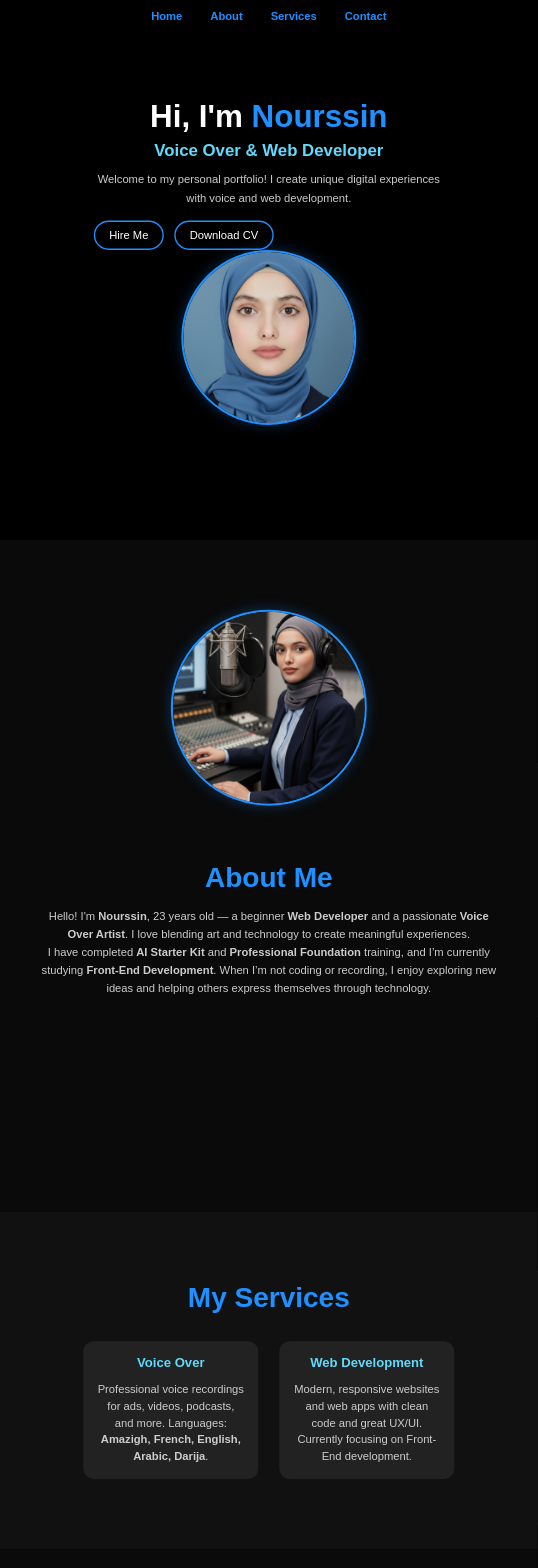
Repository: Abidar-Noura/portfolio
Page: index.html
The author's editor kept a copy of each file at every save. The page is drawn from the files as they stood at one save, then again after the next save.
The browser window is 768 px wide. The pictures show the part of the page from y = 0 to 2240 px (the page is 2700 px tall before and 2683 px after), at 70% of full size.

Above is the page before, as saved 2025-11-02 12:32:01.

After the next save:
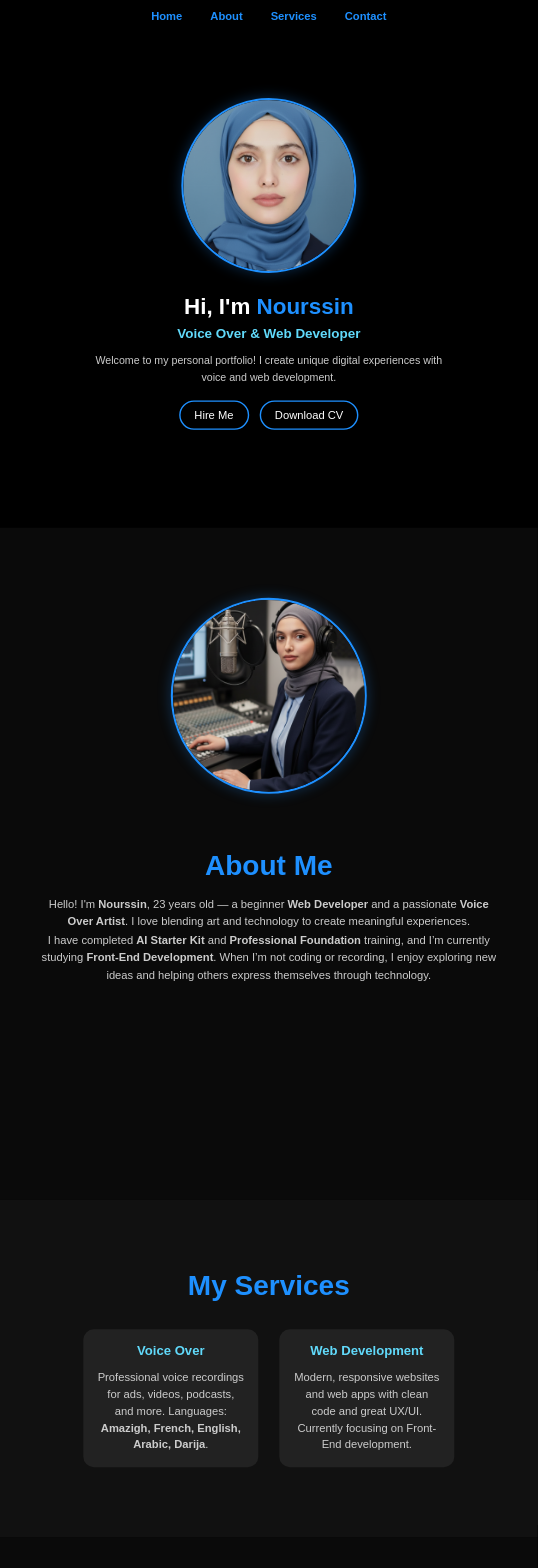
Saved 10 min 21 s later.
--- a/style.css
+++ b/style.css
@@ -276,3 +276,43 @@ header nav ul li a:hover {
     margin-bottom: 20px;
   }
 }
+/* ===== Responsive (phones & tablets) ===== */
+@media (max-width: 900px) {
+  /* نخلي العناصر فوق بعضها */
+  .home {
+    flex-direction: column;
+    text-align: center;
+  }
+
+  /* الصورة تطلع فوق */
+  .home-img {
+    order: 1;
+  }
+
+  /* النص ينزل تحت */
+  .home-content {
+    order: 2;
+  }
+
+  .home-img img {
+    width: 250px;
+    height: 250px;
+    margin-bottom: 25px;
+  }
+
+  .home-content h1 {
+    font-size: 2rem;
+  }
+
+  .home-content h2 {
+    font-size: 1.2rem;
+  }
+
+  .home-content p {
+    font-size: 0.95rem;
+  }
+
+  .buttons {
+    justify-content: center;
+  }
+}
